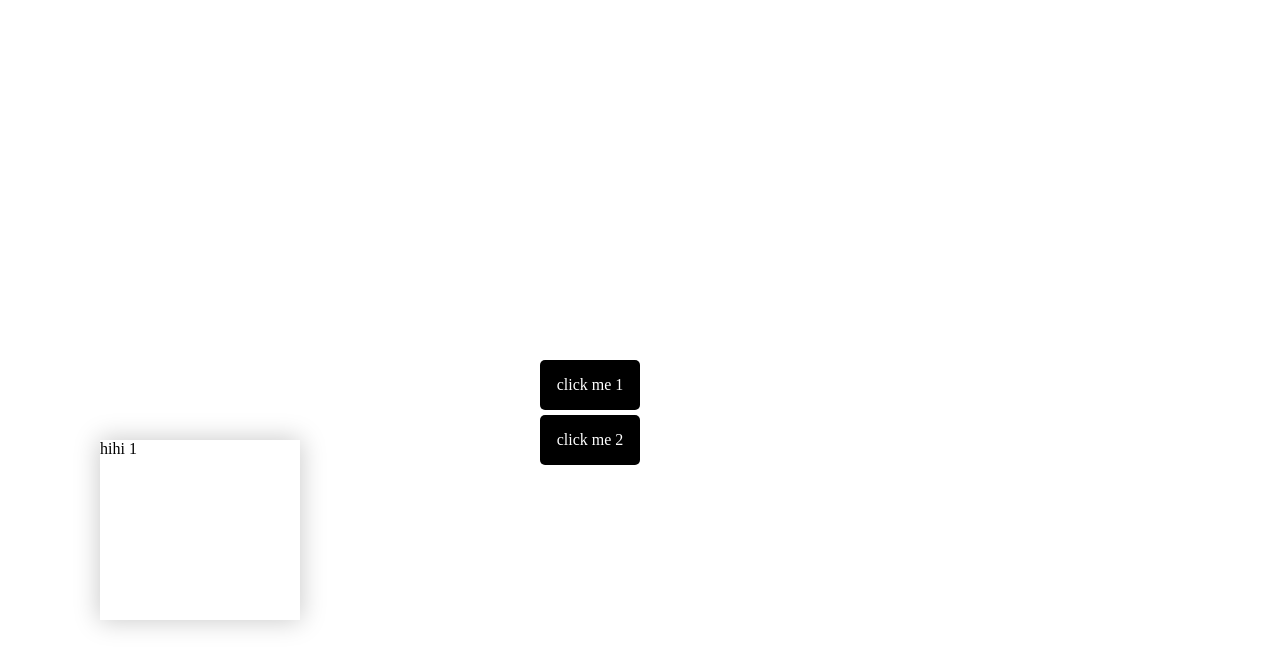
Repository: NguyenDucHung20002/project-demo2
Page: test/test2.html
An editor plug-in stored every save of this project. The page is shown before and after the next save, followed by the edit.
The browser window is 1280 px wide. The pictures show the whole page.
After loading, the first visible `div.btn` was clicked once.
The style sheet was rebuilt from its Sass, Less or Tailwind sources for each picture, by a compiler version that may differ from the author's.

Above is the page before, as saved 2022-05-21 17:26:44.

After the next save:
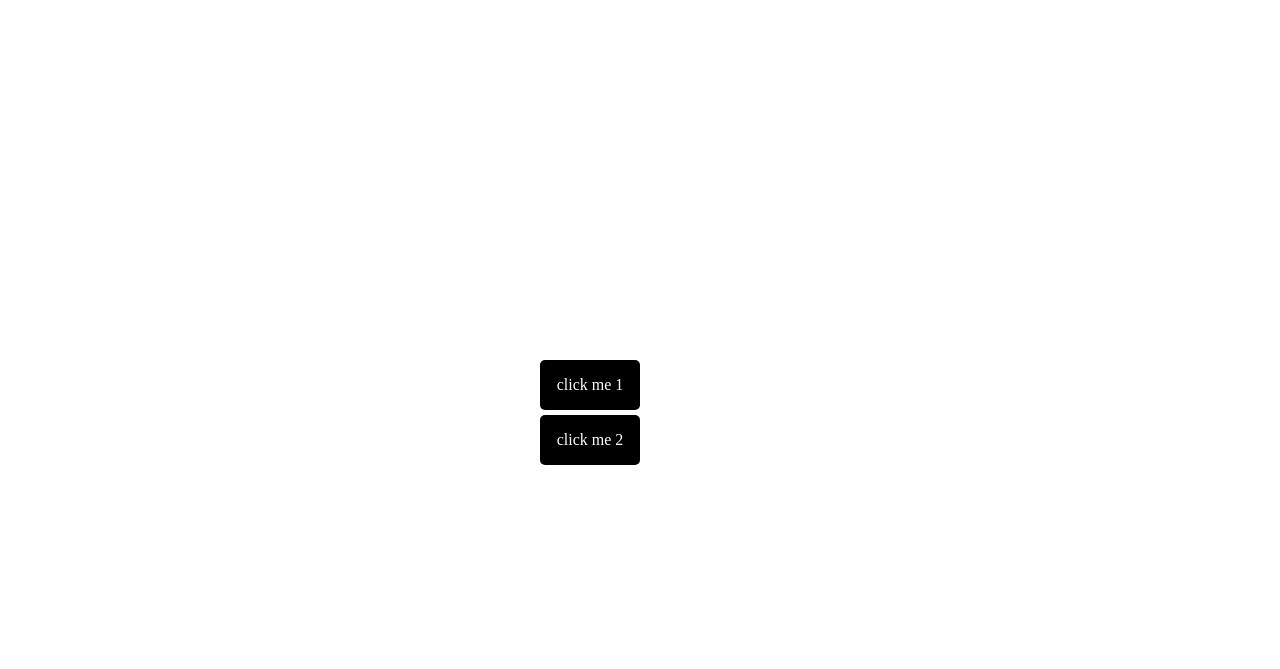
Saved 3 min 19 s later.
--- a/test/test2.js
+++ b/test/test2.js
@@ -8,6 +8,9 @@
   document.querySelector(".active-added-product").appendChild(div);
   let countShowProduct = document.querySelectorAll(".added-product");
   $(".added-product").last().addClass("show-product");
+  setTimeout(() => {
+    $(".added-product").first().remove();
+  }, 500);
   if (countShowProduct.length >= 2) {
     $(".added-product").first().addClass("hidden-product");
     setTimeout(() => {

After the 4 saves that followed:
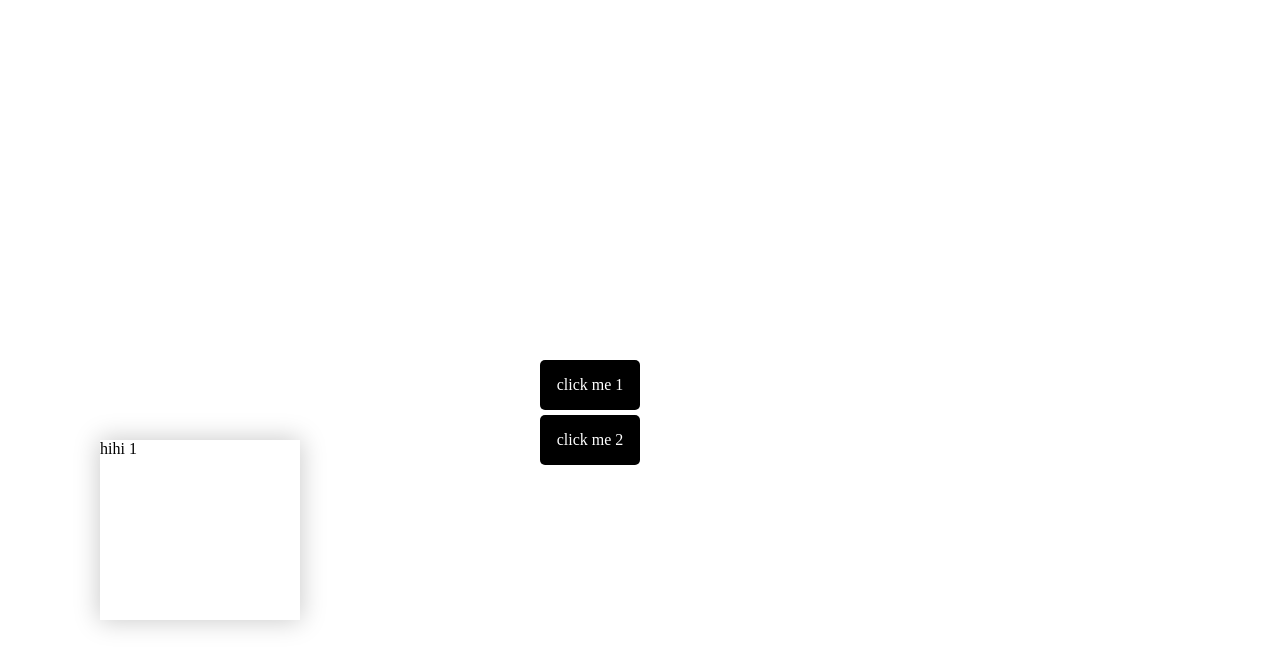
The 4 saves are shown as one change because 3 left the picture as it was.
The last was saved 2 min 42 s later.
--- a/test/test2.js
+++ b/test/test2.js
@@ -8,9 +8,6 @@
   document.querySelector(".active-added-product").appendChild(div);
   let countShowProduct = document.querySelectorAll(".added-product");
   $(".added-product").last().addClass("show-product");
-  setTimeout(() => {
-    $(".added-product").first().remove();
-  }, 500);
   if (countShowProduct.length >= 2) {
     $(".added-product").first().addClass("hidden-product");
     setTimeout(() => {
